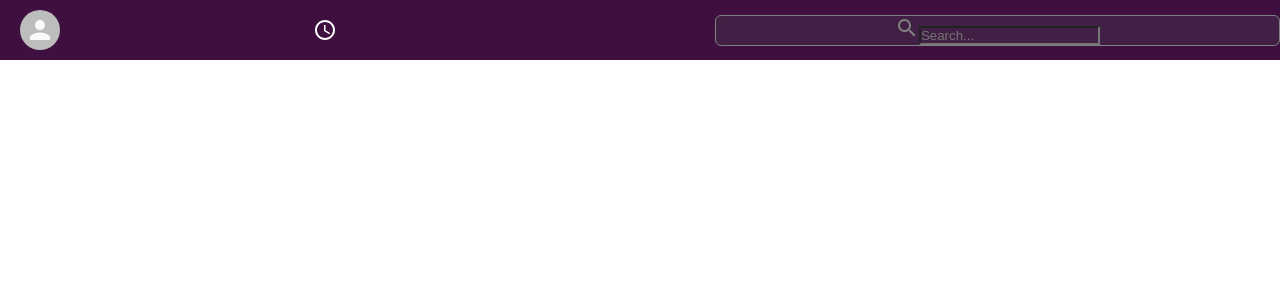
Repository: KrzysKolo/slackClone
Page: /
The author's editor kept a copy of each file at every save. The page is drawn from the files as they stood at one save, then again after the next save.
The browser window is 1280 px wide. The pictures show the whole page.
The project was rebuilt for these pictures with package versions that can differ from the ones it lists, and the page was loaded fresh each time. Also part of the build but not shown: src/App.css.

Above is the page before, as saved 2021-12-22 17:34:19.

### src/index.css
* {
  margin: 0;
  padding: 0;
  box-sizing: border-box;
}
body {
  --slack-color: #3f0f40;
  overflow: hidden;

  margin: 0;
  font-family: -apple-system, BlinkMacSystemFont, 'Segoe UI', 'Roboto', 'Oxygen',
    'Ubuntu', 'Cantarell', 'Fira Sans', 'Droid Sans', 'Helvetica Neue',
    sans-serif;
  -webkit-font-smoothing: antialiased;
  -moz-osx-font-smoothing: grayscale;
}

code {
  font-family: source-code-pro, Menlo, Monaco, Consolas, 'Courier New',
    monospace;
}

### src/App.js
import './App.css';
import {BrowserRouter as Router, Routes, Route, Link } from 'react-router-dom';
import { About } from './pages'
import { Header } from './components';

function App() {
  return (
    <Router>
      <>
        <Header />
        <Routes>
          <Route path='/' exact element={<About />} />
        </Routes>
      </>
    </Router>
  );
}

export default App;

### src/pages/About/About.js
import React from 'react';
//ICONS
//import SendIcon from '@mui/icons-material/Send';


const about = () => {
  return (
    <section>
      About
    </section>
  )
}

export default about;

### src/components/Header/Header.js
import React from 'react';
import { HeaderContainer, HeaderLeft, HeaderAvatar, HeaderSearch } from './style';
import AccessTimeIcon from '@material-ui/icons/AccessTime';
import SearchIcon from '@material-ui/icons/Search';

const Header = () => {
  return (
    <HeaderContainer>
      {/*  Header Left */}
      <HeaderLeft>
        <HeaderAvatar

         />
         <AccessTimeIcon />
      </HeaderLeft>
      {/*  Header Search */}
      <HeaderSearch>
        <SearchIcon />
        <input placeholder='Search...' />
      </HeaderSearch>
      {/*  Header Right */}
    </HeaderContainer>
  )
}

export default Header;

### src/components/Header/style.js
import styled from 'styled-components';
import { Avatar } from '@material-ui/core';

export const HeaderContainer = styled.header`
  display: flex;
  position: fixed;
  width: 100%;
  align-items: center;
  justify-content: space-between;
  padding: 10px 0;
  background-color: var(--slack-color);
  color: white;
`;
export const HeaderLeft = styled.div`
  flex: 0.3;
  display: flex;
  align-items: center;
  margin-left: 20px;
  > .MuiSvgIcon-root {
    margin-left: auto;
    margin-right: 30px;
  }
`;

export const HeaderAvatar = styled(Avatar)`
  cursor: pointer;

  :hover {
    opacity: 0.8;
  }
`;

export const HeaderSearch = styled.div`
  flex: 0.4;
  opacity: 1;
  border-radius: 6px;
  background-color: #421f44;
  text-align: center;
  padding: 0 50px;
  color: gray;
  border: 1px gray solid;
  > input {
    background-color: transparent;
  }
`;

Loaded but not shown: public/index.html (common file); src/index.js (common file); src/pages/index.js (common file); src/components/index.js (common file); src/pages/About/index.js (common file); src/components/Header/index.js (common file)

After the next save:
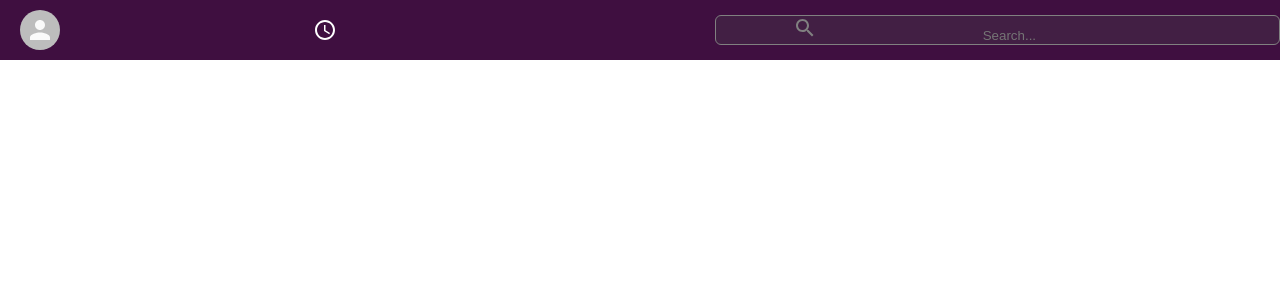
Saved 13 min 37 s later.
--- a/src/components/Header/style.js
+++ b/src/components/Header/style.js
@@ -41,5 +41,8 @@ export const HeaderSearch = styled.div`
   border: 1px gray solid;
   > input {
     background-color: transparent;
+    border: none;
+    text-align: center;
+    min-width: 30vw;
   }
 `;
